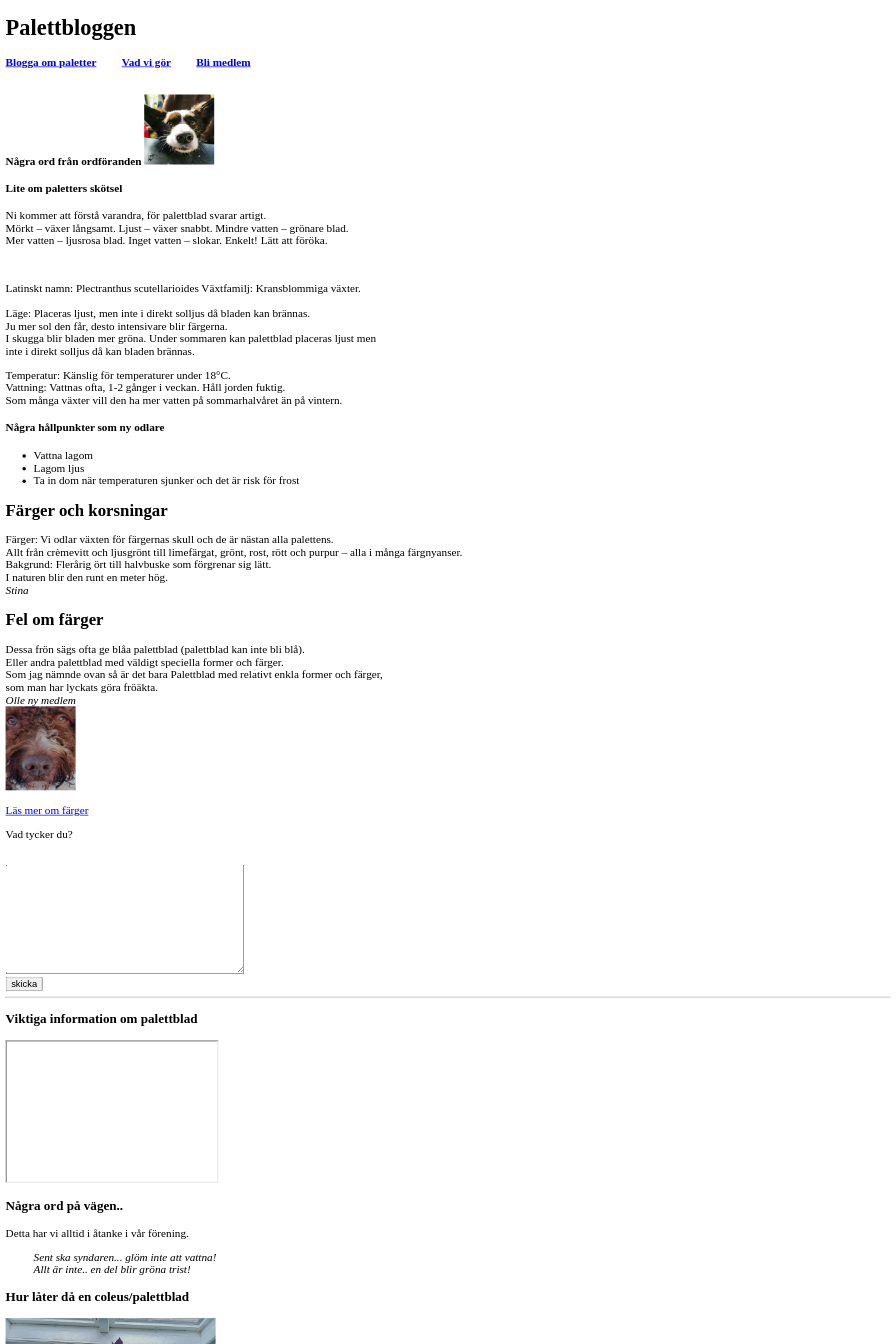
Repository: Webutveckling-20-21/Uppgift-1
Page: blogg.html
These files come from the project's save history. The page is drawn as it stood at one moment and after the next save; the edit follows.
The browser window is 1280 px wide. The pictures show the part of the page from y = 0 to 1920 px (the page is 2934 px tall before and 2935 px after), at 70% of full size.
Pictures or frames that could not be fetched are drawn as grey boxes.

Above is the page before, as saved 2021-09-07 12:27:13.

### blogg.html
<!DOCTYPE html>
<html lang="sv">

<head>
    <meta charset="UTF-8">
    <meta name="viewport" content="width=device-width, initial-scale=1.0">
    <title>Föreningens blogg</title>
</head>

<body>
    <header>
        <h1>Palettbloggen</h1>
        <!-- Här läggs alla länkar in-->
        <a href="blogg.html"><b> Blogga om paletter</b></a>&nbsp;&nbsp;&nbsp;&nbsp;&nbsp;&nbsp;&nbsp;&nbsp;
        <a href="verksamheten.html"><b> Vad vi gör</b></a>&nbsp;&nbsp;&nbsp;&nbsp;&nbsp;&nbsp;&nbsp;&nbsp;
        <a href="medlemskap.html"><b>Bli medlem</b></a>

    </header>
    <main>
        <section>
            <article>
                <!-- första blogginlägget -->




                  <br>
               <h3></h3> <b> Några ord från ordföranden</b>
                      <img src="images/ord.jpg" width="100" height="100" alt="Ordförande"> <br>
                       <h4>Lite om paletters skötsel</h4>
                </b></p>

                <p> Ni kommer att förstå varandra, för palettblad svarar artigt. <br> Mörkt – växer långsamt. Ljust
                    –
                    växer
                    snabbt. Mindre vatten – grönare blad. <br> Mer vatten – ljusrosa blad. Inget vatten – slokar.
                    Enkelt!
                    Lätt att föröka. </p> <br>

                <p> Latinskt namn: Plectranthus scutellarioides
                    Växtfamilj: Kransblommiga växter. <br> <br>



                    Läge: Placeras ljust, men inte i direkt solljus då bladen kan brännas. <br>
                    Ju mer sol den får, desto
                    intensivare blir färgerna. <br> I skugga blir bladen mer gröna.
                    Under sommaren kan palettblad placeras ljust men <br> inte i direkt solljus då kan bladen
                    brännas.
                    <br>
                </p>

                Temperatur: Känslig för temperaturer under 18°C. <br>

                Vattning: Vattnas ofta, 1-2 gånger i veckan. Håll jorden fuktig. <br> Som många växter vill den ha
                mer
                vatten på sommarhalvåret än på vintern. <br>

                <h4>Några hållpunkter som ny odlare</h4>
                <ul>
                    <li>Vattna lagom</li>
                    <li>Lagom ljus</li>
                    <li>Ta in dom när temperaturen sjunker och det är risk för frost</li>
                </ul>
                </p>
            </article>

            <article>
                <!-- Andra inlägget  -->
                <h2>Färger och korsningar</h2>
                <p> Färger: Vi odlar växten för färgernas skull och de är nästan alla palettens. <br> Allt från
                    crèmevitt
                    och ljusgrönt till limefärgat, grönt, rost, rött och purpur – alla i många färgnyanser. <br>
                    Bakgrund:
                    Flerårig ört till halvbuske som förgrenar sig lätt. <br> I naturen blir den runt en meter hög. <br>
                    <i> Stina</i>
                </p>


            </article>

            <article>
                <!-- Tredje inlägget -->
                <h2>Fel om färger</h2>
                <p> Dessa frön sägs ofta ge blåa palettblad (palettblad kan inte bli blå). <br> Eller andra palettblad
                    med
                    väldigt speciella former och färger. <br> Som jag nämnde ovan så är det bara Palettblad med relativt
                    enkla former och färger, <br> som man har lyckats göra fröäkta. <br>
                    <i>Olle ny medlem</i>
                    <br>
                    <img src="images/olle.jpg" width="100" height="120" alt="olle">
                </p>

                <a href="https://coleus.blogg.se/">Läs mer om färger</a>
            </article>
            <label for="bloggpost">
                <p>Vad tycker du?</p>
            </label><br>
            <textarea name="" id="bloggpost" cols="40" rows="10"></textarea><br>
            <input type="submit" value="skicka">
        </section>
    </main>
    <hr>
    <aside>
        <section>
            <article>
                <h3>Viktiga information om palettblad</h3>

                <iframe src="https://youtu.be/BvaeieAXEZY" height="200" width="300" title="Iframe Example"></iframe>
            </article>
        </section>
        <article>
            <h3>Några ord på vägen..</h3>
            Detta har vi alltid i åtanke i vår förening.
            <!-- ett element för citat -->
            <blockquote>
                <i> Sent ska syndaren... glöm inte att vattna!</i>
                <br>
                <i> Allt är inte.. en del blir gröna trist!</i>
                <br>
            </blockquote>
            <h3>Hur låter då en coleus/palettblad</h3>
            <img src="images/pal.jpg" width="300" height="200" alt="en palett">
            <figure>
                <audio controls src="sounds/w.oga"></audio>
                <figcaption>Den bubblar av glädje när jag vattnar :).</figcaption>

                <p> Ett vackert samspel mellan människor och växter. <br>
                    <bold> Detta och mycket annat penetrerar vi på våra möten..</bold>
                </p>
            </figure>


            <figure>
                <blockquote>
                    <p>Det var en vacker aprildag ocg jag tittade på mina paletter och upptäckte till min
                        bestörtning-ohyra.</p>
                </blockquote>
                <figcaption> <cite><a href="https://coleus.blogg.se/2019/july/ohyra-trips-spinn-och-mjoldagg.html">
                            Fasan- ohyra - trips, spinn och mjöldagg</a></cite> </figcaption>
            </figure>

        </article>
        <hr>
        <section>
            <article>
                <h3>Var växer då palettblad?</h3>
                <p>
                    <b> <i> Här har vi en växplats som vi lyckats lokalisera
                            Koarp 266 Halland nära skånegränsen. </i> </b> <br> <br>
                    <hr>

                    <iframe width="300" height="200" src="https://kartor.eniro.se/m/GUsQ0">
                    </iframe> <br>

                    <b> Här ser ni en odlare </b><br>
                    <img src="images/odl.jpg" width="100" height="100" alt="en odlare"> <br>

                </p>
                <hr>
            </article>
        </section>

    </aside> <br><br>
    <hr>
    <footer>
        <p> &copy; Palettföreningen</p>
        <nav>
            <p>
                <a href="blogg.html">Startsidan</a> -
                <a href="villkor.html">Användarvillkor</a> -
                <a href="kontakt.html">Kontakt</a>
            </p>
        </nav>


    </footer>
    <hr>
</body>


</html>

After the next save:
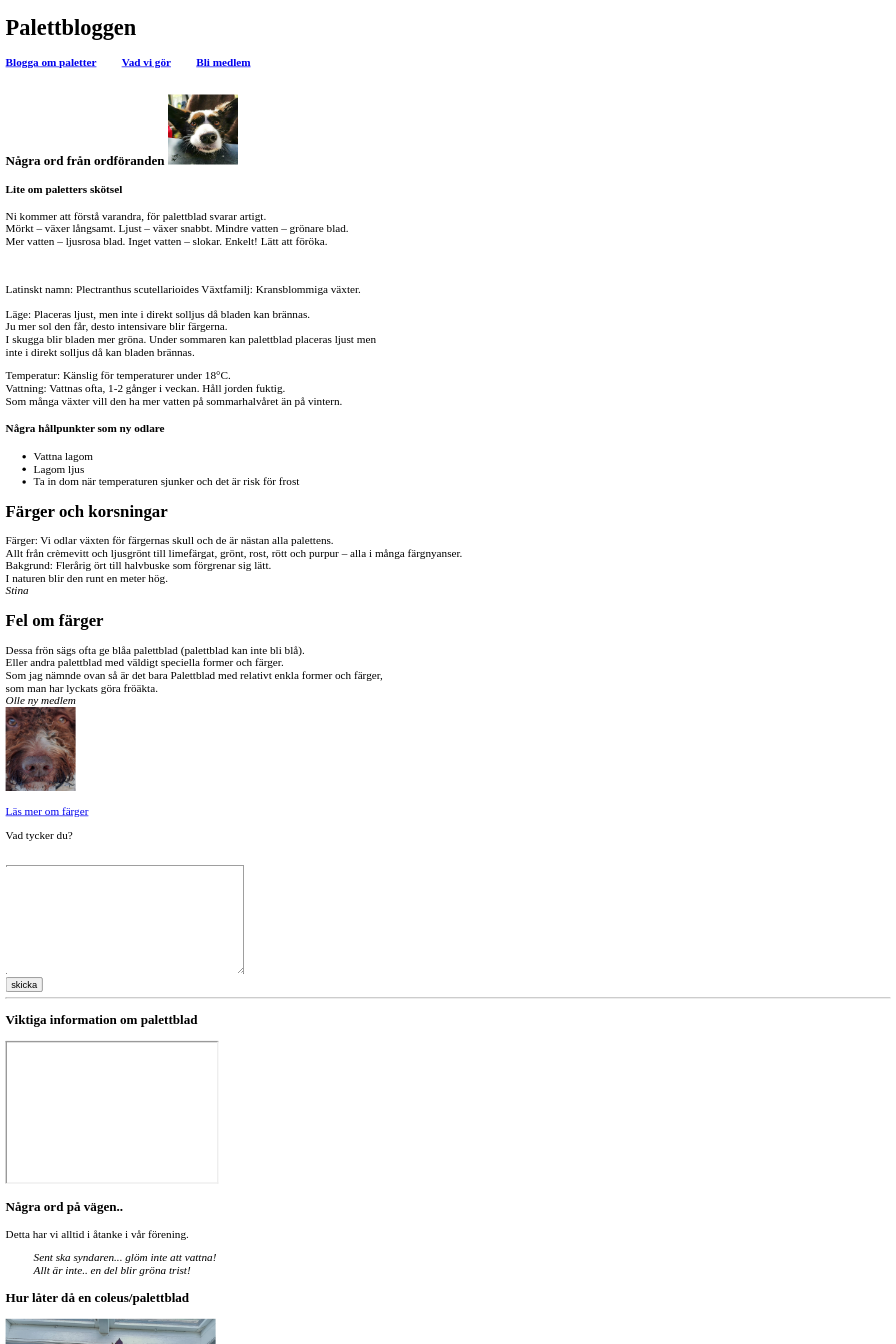
Saved 11 s later.
--- a/blogg.html
+++ b/blogg.html
@@ -25,7 +25,7 @@
 
 
                   <br>
-               <h3></h3> <b> Några ord från ordföranden</b>
+               <h3> <b> Några ord från ordföranden</b>
                       <img src="images/ord.jpg" width="100" height="100" alt="Ordförande"> <br>
                        <h4>Lite om paletters skötsel</h4>
                 </b></p>
